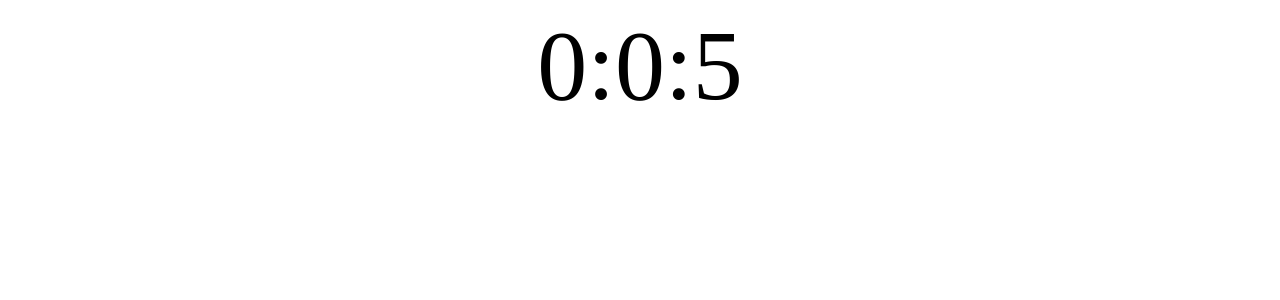
Repository: lipemorais/timer
Page: index.html
The author's editor kept a record of every edit. The page is drawn from the files as they stood at one moment, then again after the next edit.
The browser window is 1280 px wide. The pictures show the whole page.

Above is the page before.

### index.html
<!DOCTYPE html>
<html>
    <head>
        <title>Timer</title>
        <link rel="stylesheet" href="css/stylesheet.css" type="text/css" />
    </head>
    <body>
        <div id="timer">
           <span id="hours">00</span>:<span id="minutes">00</span>:<span id="seconds">00</span>
        </div>
    </body>
    <script type="text/javascript" src="js/app.js"></script>
</html>

### css/stylesheet.css
#timer {
    text-align: center;
    font-size: 100px;
}

### js/app.js
/**
 * Criar uma classe "relógio" que exibe horas, minutos e segundos no formato
 * H:M:S usando javascript e html. Seu comportamento deve ser o mesmo de um
 * relógio funcional, começando em 00:00:00, passando pra 00:00:01, 00:00:02
 * e assim por diante..
 *
 * Podendo pausar, começar e reiniciar.
 *
 */

var Clock = {
    self: null,
    hours: 00,
    minutes: 00,
    seconds: 00,
    hourInSeconds: 3600,
    minutesInSeconds: 60,

    update: function update() {
        console.log("mais um segundo");

        this.seconds += 1;
        this.hours = parseInt(this.seconds/this.hourInSeconds);
        var leftSeconds = (this.seconds%this.hourInSeconds);

        this.minutes = parseInt(leftSeconds/this.minutesInSeconds);
        leftSeconds = (leftSeconds%this.minutesInSeconds);

        domHours   = document.getElementById("hours");
        domMinutes = document.getElementById("minutes");
        domSeconds = document.getElementById("seconds");

        domHours.innerText = this.formatNumber(this.hours);
        domMinutes.innerText = this.formatNumber(this.minutes);
        domSeconds.innerText = this.formatNumber(leftSeconds);
    },
    start: function start() {
        var vm = this;

        setInterval(function() {
            vm.update();
        }, 1000);
    },
    formatNumber: function formatNumber(numberAsString) {

        if (numberAsString.length <= 1 ) {
            return ("0" + numberAsString);
        } else {
            return numberAsString;
        }
    }
};

Clock.start();

After the next edit:
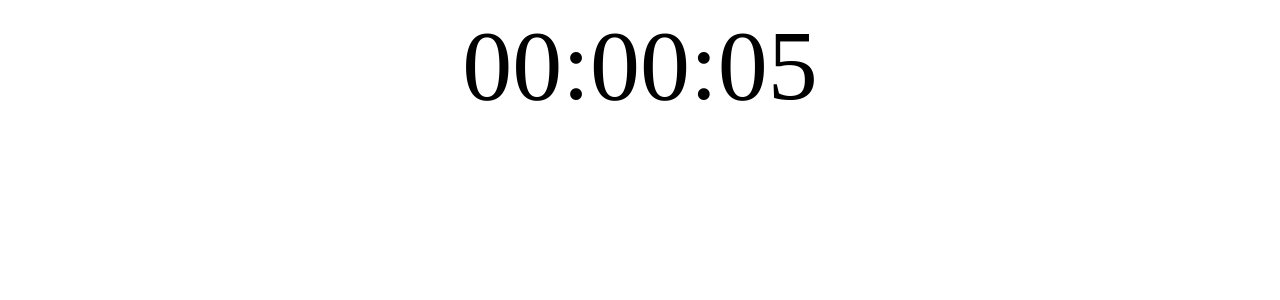
The edit:
--- a/js/app.js
+++ b/js/app.js
@@ -30,9 +30,9 @@
         domMinutes = document.getElementById("minutes");
         domSeconds = document.getElementById("seconds");
 
-        domHours.innerText = this.formatNumber(this.hours);
-        domMinutes.innerText = this.formatNumber(this.minutes);
-        domSeconds.innerText = this.formatNumber(leftSeconds);
+        domHours.innerText = this.formatNumber(this.hours.toString());
+        domMinutes.innerText = this.formatNumber(this.minutes.toString());
+        domSeconds.innerText = this.formatNumber(leftSeconds.toString());
     },
     start: function start() {
         var vm = this;
